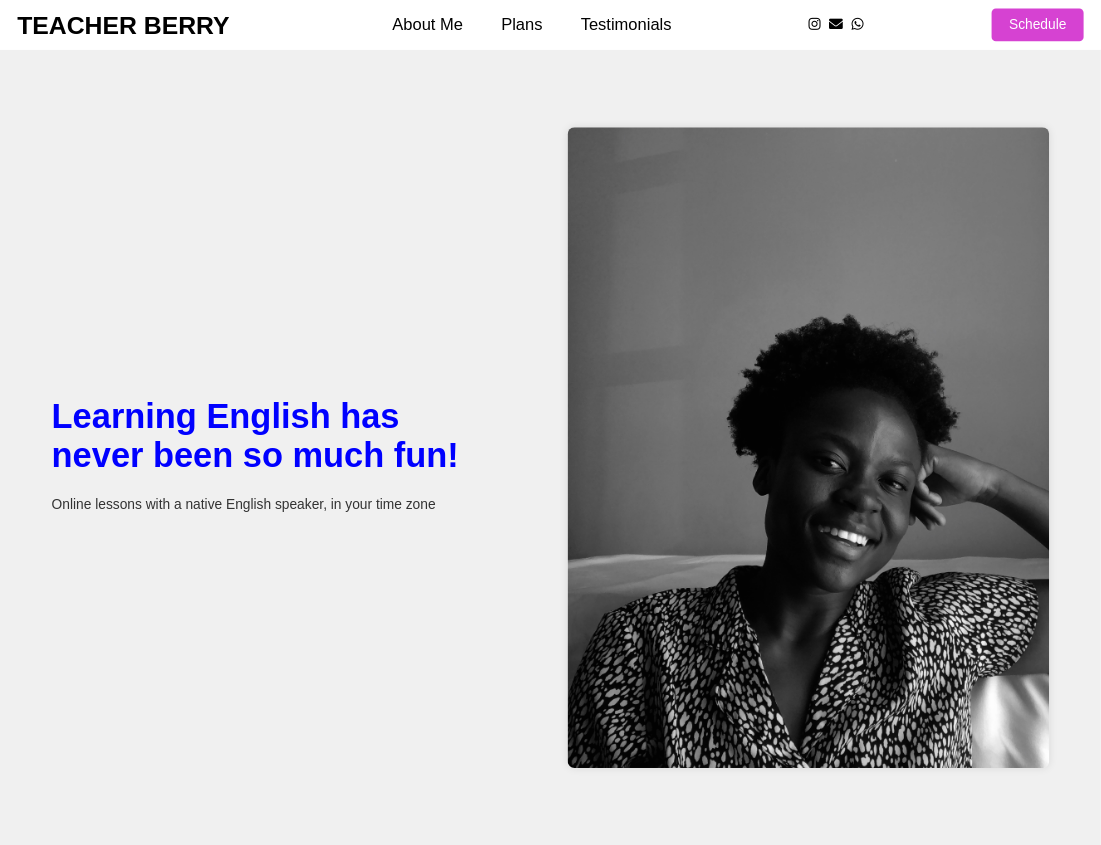
Repository: ntandomagana/esl-landing-page
Page: index.html
The author's editor kept a copy of each file at every save. The page is drawn from the files as they stood at one save, then again after a run of saves.
The browser window is 1280 px wide. The pictures show the whole page, at 86% of full size.

Above is the page before, as saved 2024-07-16 23:32:23.

### index.html
<!DOCTYPE html>
<html lang="en">
<head>
    <meta charset="UTF-8">
    <meta name="viewport" content="width=device-width, initial-scale=1.0">
    <link rel="stylesheet" href="https://cdnjs.cloudflare.com/ajax/libs/font-awesome/6.0.0-beta3/css/all.min.css">

    <title>Berry's English</title>
    <link rel="stylesheet" href="index.css">
</head>
<body>
    <!-- Header Section -->
    <header>
        <div class="header-container">
            <div class="logo">Teacher Berry</div>
            <nav>
                <ul>
                    <li><a href="#about">About Me</a></li>
                    <li><a href="#services">Plans</a></li>
                    <li><a href="#testimonials">Testimonials</a></li>

                </ul>
            </nav>
            <div class="social-links">
                <a href="#" class="social-link"><i class="fab fa-instagram"></i></a>
                <a href="mailto:berry@example.com" class="social-link"><i class="fas fa-envelope"></i></a>
                <a href="https://wa.me/1234567890" class="social-link"><i class="fab fa-whatsapp"></i></a>
            </div>
            <a href="#contact" class="schedule-button">Schedule</a>
        </div>
    </header>

    <!-- Left and right division -->
     <section class="content-section">
        <div class="content-wrapper">
            <div class="left-content">
                <h2>Learning English has <br />
                    never been so much fun!</h2>
                <p>Online lessons with a native English speaker, in your time zone</p>
            </div>
            <div class="right-content">
                <img src="./assets/bwpp.jpg" alt="Teacher Berry's Image">

            </div>
        </div>

     </section>
    </footer>
</body>
</html>

### index.css
/* styles.css */

body {
    font-family: Arial, Helvetica, sans-serif;
    margin: 0;
    padding: 0;
}

.header-container {
    display: flex;
    justify-content: space-between;
    align-items: center;
    padding: 10px 20px;
    background-color: white;

}

.logo {
    font-size: 1.8rem;
    font-weight: bold;
    text-transform: uppercase;
    color: black;
}

nav {
    margin-left: 20px; /* Add margin to the left of the entire nav element */
}

nav ul {
    list-style-type: none;
    padding: 0;
    margin: 0;
}

nav ul li {
    display: inline;
    margin: 20px; /* Adjust margin to add space between list items */
}

nav ul li:last-child {
    margin-right: 0;
}

nav ul li a {
    color: rgb(2, 2, 2);
    text-decoration: none;
    font-size: 1.2rem;
}

.social-links {
    display: flex;
    align-items: center;
}

.social-link {
    margin-left: 10px;
    color: black;
}

.schedule-button {
    padding: 10px 20px;
    background-color: #d642d2;
    color: #fff;
    text-decoration: none;
    border-radius: 5px;
    transition: background-color 0.3s ease;
}

.schedule-button:hover {
    background-color: #489fbc;
}

.content-section {
    background-color: #f0f0f0;
    padding: 50px 0;
    text-align: center;
}

.content-wrapper {
    display: flex;
    justify-content: space-around;
    align-items: stretch;
    max-width: 1200px;
    margin: 20px auto;
}

.left-content {
    flex: 1;
    padding: 20px;
    text-align: left;
    display: flex;
    flex-direction: column;
    justify-content: center;
    align-items: flex-start;
}


.left-content h2 {
    font-size: 2.5rem;
    color: blue;
    margin-bottom: 10px;
    width: 100%;
}

.left-content p {
    font-size: 1rem;
    color: #333;
    width: 100%;
}

.right-content {
    flex: 1;
    padding: 20px;
    text-align: center;
    display: flex;
    justify-content: center;
    align-items: center;
}

.right-content img {
    max-width: 100%;
    height: auto;
    max-height: 800px; /* Example maximum height, adjust as needed */
    border-radius: 8px;
    box-shadow: 0 0 10px rgba(0, 0, 0, 0.1); /* Optional: Adds a subtle shadow */
}

After the next 3 saves:
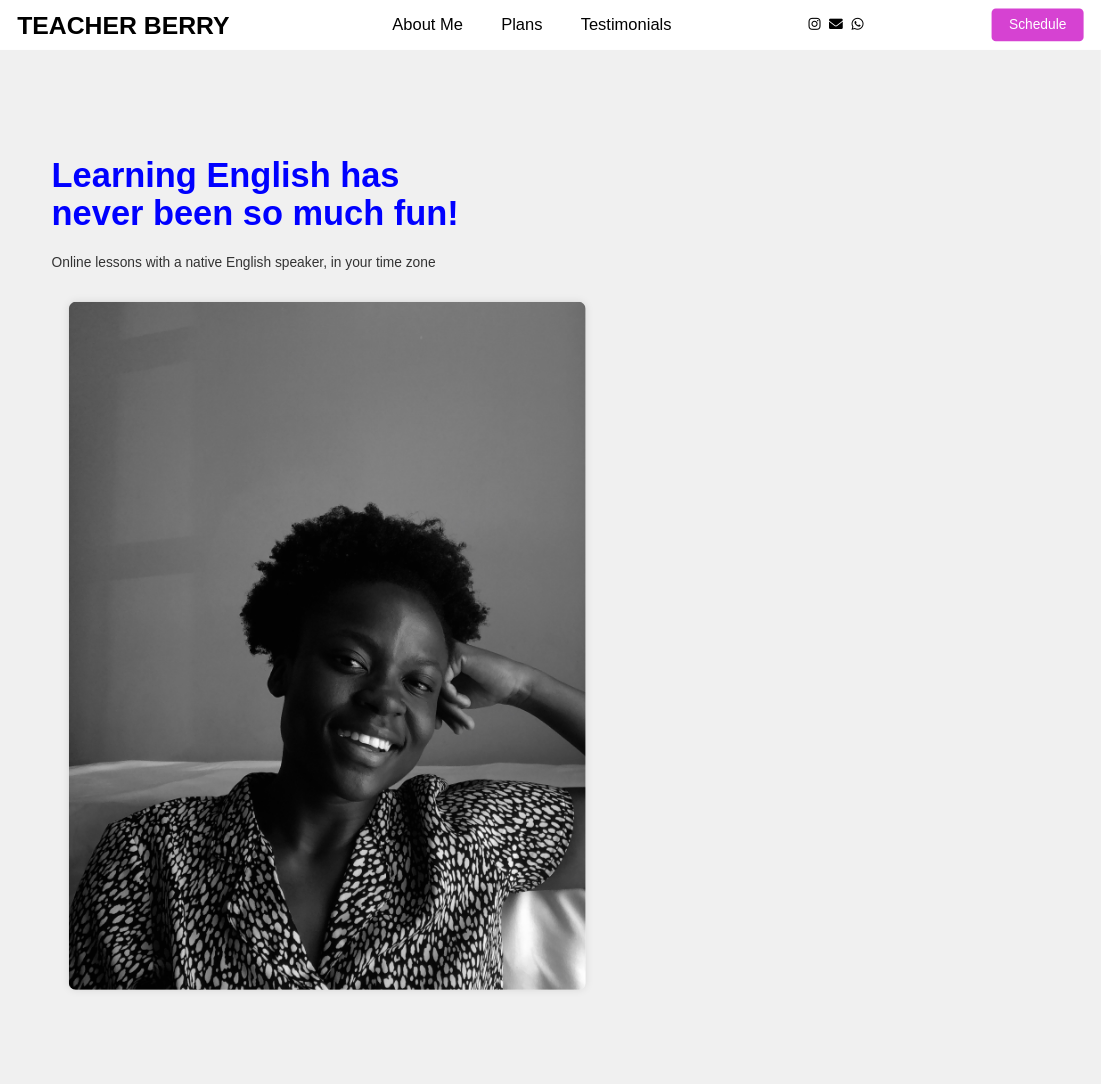
The 3 saves are shown as one change because they came seconds apart.
The last was saved 2 min 1 s later.
--- a/index.html
+++ b/index.html
@@ -37,6 +37,7 @@
                 <h2>Learning English has <br />
                     never been so much fun!</h2>
                 <p>Online lessons with a native English speaker, in your time zone</p>
+                <a href="#"
             </div>
             <div class="right-content">
                 <img src="./assets/bwpp.jpg" alt="Teacher Berry's Image">

After the 4 saves that followed:
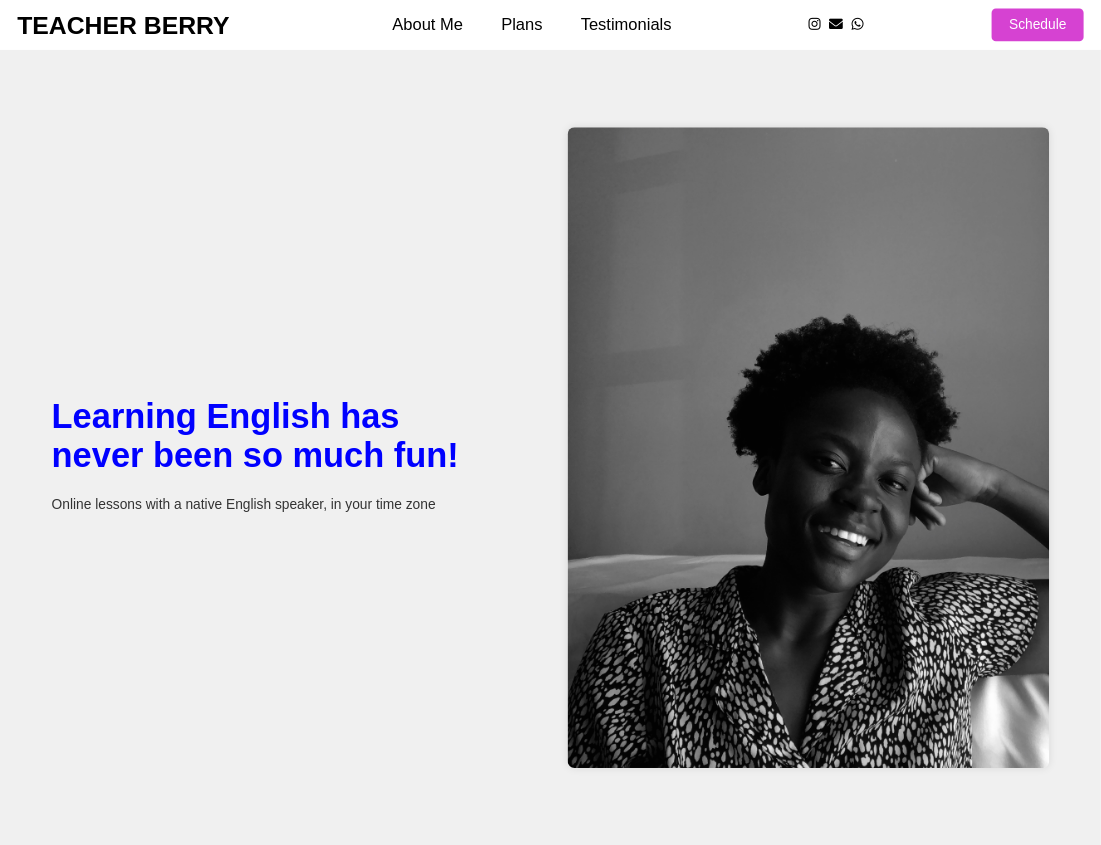
The 4 saves are shown as one change because 2 left the picture as it was and some came seconds apart.
The last was saved 37 s later.
--- a/index.html
+++ b/index.html
@@ -37,7 +37,7 @@
                 <h2>Learning English has <br />
                     never been so much fun!</h2>
                 <p>Online lessons with a native English speaker, in your time zone</p>
-                <a href="#"
+                <a href="#" class="action-button>"Take your first lesson here.</a></a>
             </div>
             <div class="right-content">
                 <img src="./assets/bwpp.jpg" alt="Teacher Berry's Image">
